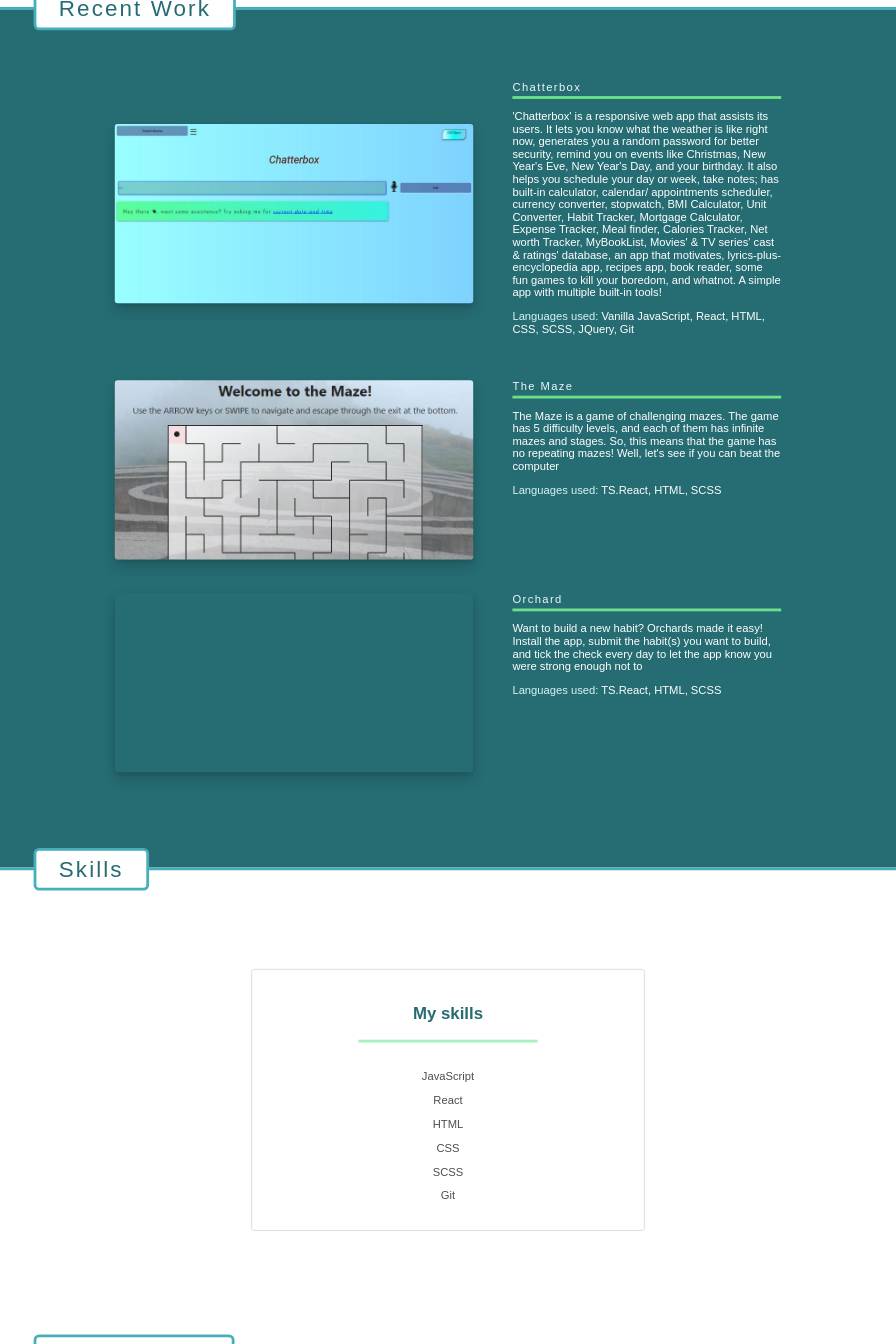
Repository: Abbaskhurram255/port
Page: /
These files come from the project's save history. The page is drawn as it stood at one moment and after the next save; the edit follows.
The browser window is 1280 px wide. The pictures show the part of the page from y = 856 to 2776 px (the page is 3086 px tall), at 70% of full size.
The page's requests for data from a server got no answer. Some web fonts or font styles are not loaded; a fallback is used. Some web libraries are served in a nearby version. The project was rebuilt for these pictures with package versions that can differ from the ones it lists, and the page was loaded fresh each time. No one was signed in, and anything a server would have sent is missing.

Above is the page before, as saved 2021-01-01 23:09:05.

After the next save:
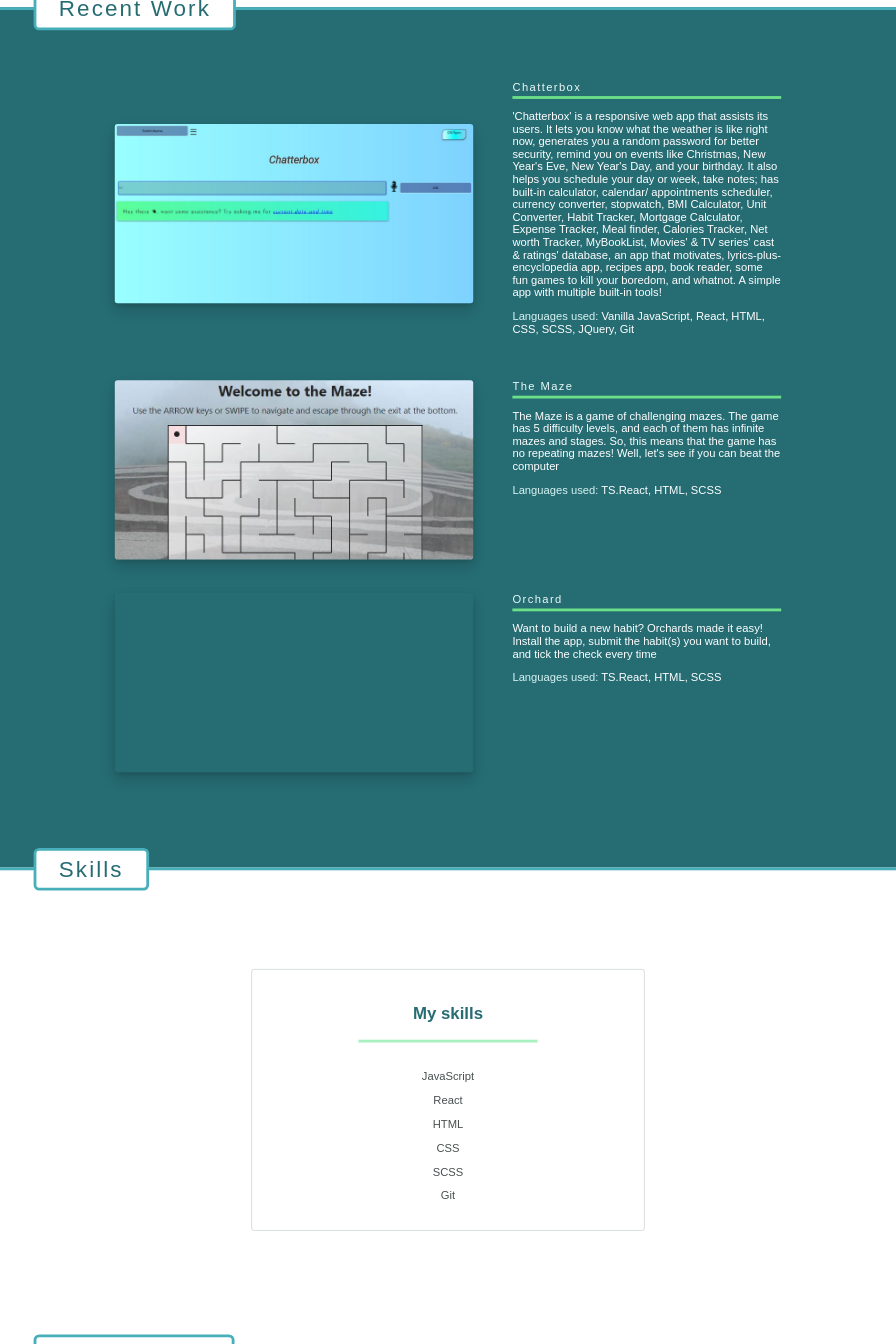
Saved 15 s later.
--- a/src/utils/data.ts
+++ b/src/utils/data.ts
@@ -32,7 +32,7 @@
   },
   {
     description:
-      "Want to build a new habit? Orchards made it easy! Install the app, submit the habit(s) you want to build, and tick the check every day to let the app know you were strong enough not to ",
+      "Want to build a new habit? Orchards made it easy! Install the app, submit the habit(s) you want to build, and tick the check every time",
     image: "orchard",
     name: "Orchard",
     androidVLink: "https://github.com/Abbaskhurram255/habit-builder/raw/main/android/orchard.apk?raw=true",
